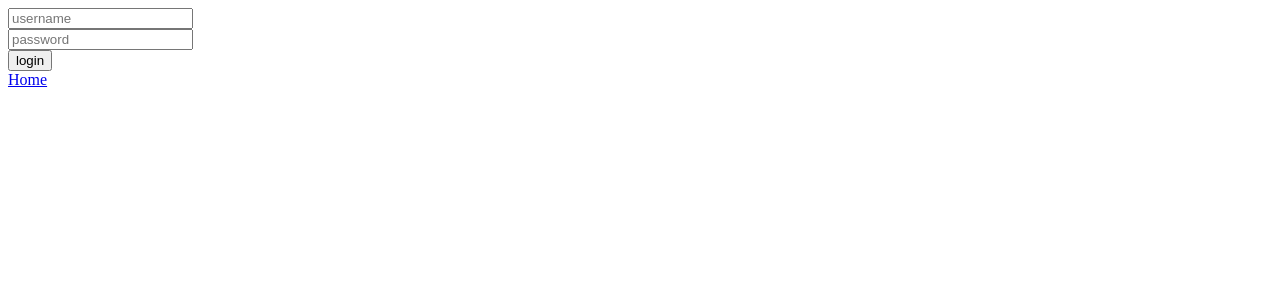
Repository: anil1581994/SpringBasicProgram
Page: http://localhost/MvcLoginRegistration/login.jsp
The author's editor kept a copy of each file at every save. The page is drawn from the files as they stood at one save, then again after the next save.
The browser window is 1280 px wide. The pictures show the whole page.
The page is served by Tomcat 9. Other server files are loaded and not shown.

Above is the page before, as saved 2018-02-14 09:56:28.

### MvcLoginRegistration/src/main/webapp/login.jsp
<%@ page language="java" contentType="text/html; charset=UTF-8"
    pageEncoding="UTF-8"%>
<!DOCTYPE html PUBLIC "-//W3C//DTD HTML 4.01 Transitional//EN" "http://www.w3.org/TR/html4/loose.dtd">
<html>
<head>
<meta http-equiv="Content-Type" content="text/html; charset=UTF-8">
<title>login</title>
</head>
<body>
<form action="loginProcess" method="post">
<input type="text" placeholder="username" name="username"/><br>
<input type="text" placeholder="password" name="password"/><br>
<input type="submit" value="login">
</form>
<a href="home.jsp">Home</a>
</body>
</html>

After the next save:
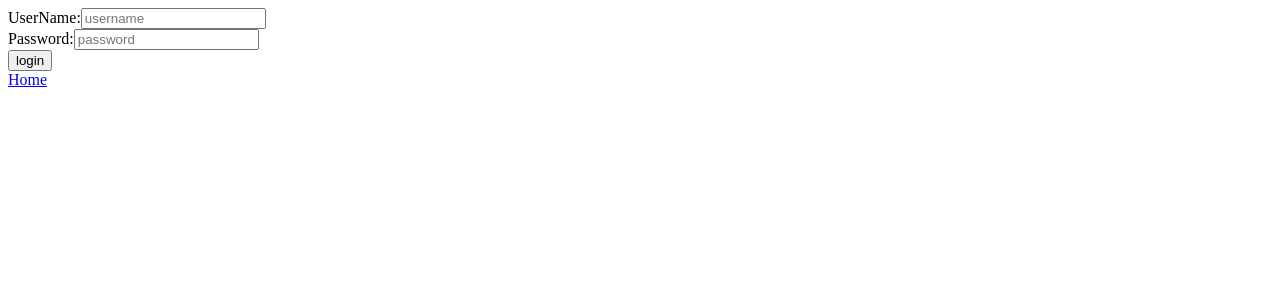
Saved 50 s later.
--- a/MvcLoginRegistration/src/main/webapp/login.jsp
+++ b/MvcLoginRegistration/src/main/webapp/login.jsp
@@ -8,8 +8,8 @@
 </head>
 <body>
 <form action="loginProcess" method="post">
-<input type="text" placeholder="username" name="username"/><br>
-<input type="text" placeholder="password" name="password"/><br>
+UserName:<input type="text" placeholder="username" name="username"/><br>
+Password:<input type="text" placeholder="password" name="password"/><br>
 <input type="submit" value="login">
 </form>
 <a href="home.jsp">Home</a>
